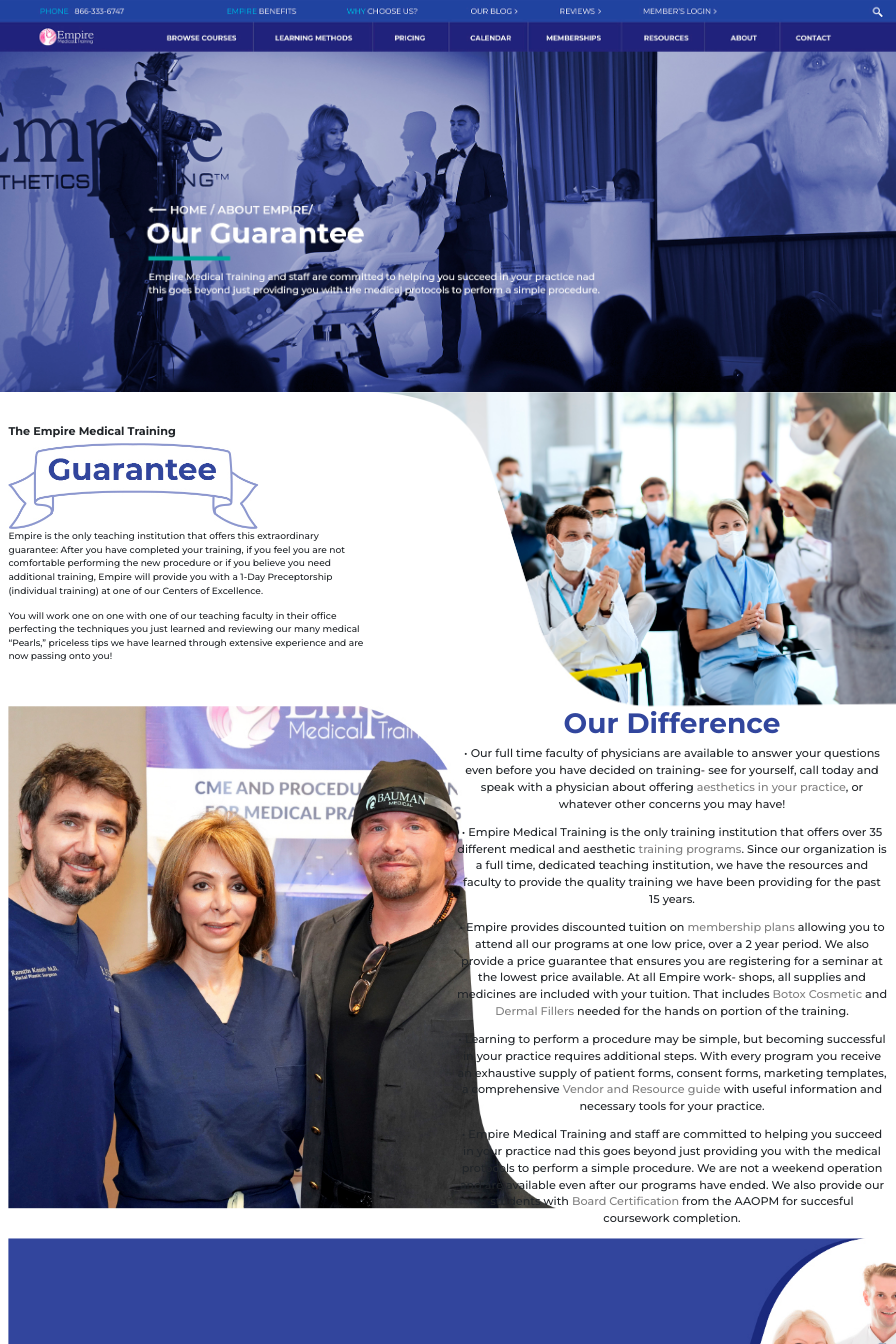
Repository: jorgi710/BODY-CONTOURING-INJECTABLES-AND-ADJUNCT-PROCEDURES
Page: our quarantee/file/src/index.html
The author's editor kept a copy of each file at every save. The page is drawn from the files as they stood at one save, then again after the next save.
The browser window is 1280 px wide. The pictures show the part of the page from y = 0 to 1920 px (the page is 6335 px tall), at 70% of full size.

Above is the page before, as saved 2021-04-06 05:41:08.

### our quarantee/file/src/index.html
<!DOCTYPE html>
<html lang="en">
  <head>
    <meta charset="UTF-8" />
    <meta http-equiv="X-UA-Compatible" content="IE=edge" />
    <meta name="viewport" content="width=device-width, initial-scale=1.0" />
    <title>Page_3</title>

    <link
      href="https://cdn.jsdelivr.net/npm/bootstrap@5.0.0-beta3/dist/css/bootstrap.min.css"
      rel="stylesheet"
      integrity="sha384-eOJMYsd53ii+scO/bJGFsiCZc+5NDVN2yr8+0RDqr0Ql0h+rP48ckxlpbzKgwra6"
      crossorigin="anonymous"
    />
    <link
      href="https://fonts.googleapis.com/css2?family=Montserrat:wght@400;500;600;700&display=swap"
      rel="stylesheet"
    />
    <link rel="stylesheet" href="../css/style.css" />
  </head>
  <body>
    <header>
      <div class="container-fluid m-0 p-0">
        <img
          src="../assets/header.jpg"
          alt="navbar"
          class="img-fluid m-0 p-0"
        />
      </div>
    </header>
    <main>
      <section class="section_1">
        <div class="container-fluid text-center">
          <div class="row sombras">
            <div class="col-sm-12 col-md-5 text-start align-content-center">
              <h1 class="bold">The Empire Medical Training</h1>
              <img src="../assets/logo_main.jpg" alt="logo" class="img-fluid" />
              <p class="medium">
                Empire is the only teaching institution that offers this
                extraordinary guarantee: After you have completed your training,
                if you feel you are not comfortable performing the new procedure
                or if you believe you need additional training, Empire will
                provide you with a 1-Day Preceptorship (individual training) at
                one of our Centers of Excellence.
              </p>
              <p class="medium">
                You will work one on one with one of our teaching faculty in
                their office perfecting the techniques you just learned and
                reviewing our many medical “Pearls,” priceless tips we have
                learned through extensive experience and are now passing onto
                you!
              </p>
            </div>
            <div class="col-md-7 justify-content-end p-0">
              <img
                src="../assets/section_1_1_web.jpg"
                alt=""
                class="d-none d-md-block img-fluid"
              />
              <img
                src="../assets/section_1_1_mobil.jpg"
                alt=""
                class="d-md-none img-fluid"
              />
            </div>
          </div>
          <div class="row">
            <div class="col-sm-12 col-md-6">
              <img
                src="../assets/section_1_2_web.jpg"
                alt="Our difference"
                class="d-none d-md-block"
              />
              <img
                src="../assets/section_1_2_mobil.jpg"
                alt=""
                class="d-md-none"
              />
            </div>
            <div class="col-md-6">
              <h1 class="bold azul">Our Difference</h1>
              <p class="medium">
                • Our full time faculty of physicians are available to answer
                your questions even before you have decided on training- see for
                yourself, call today and speak with a physician about offering
                <span class="claro">aesthetics in your practice</span>, or
                whatever other concerns you may have!
              </p>
              <p class="medium">
                • Empire Medical Training is the only training institution that
                offers over 35 different medical and aesthetic
                <span class="claro">training programs</span>. Since our
                organization is a full time, dedicated teaching institution, we
                have the resources and faculty to provide the quality training
                we have been providing for the past 15 years.
              </p>
              <p class="medium">
                • Empire provides discounted tuition on
                <span class="claro">membership plans</span>
                allowing you to attend all our programs at one low price, over a
                2 year period. We also provide a price guarantee that ensures
                you are registering for a seminar at the lowest price available.
                At all Empire work- shops, all supplies and medicines are
                included with your tuition. That includes
                <span class="claro">Botox Cosmetic</span> and
                <span class="claro">Dermal Fillers</span> needed for the hands
                on portion of the training.
              </p>
              <p class="medium">
                • Learning to perform a procedure may be simple, but becoming
                successful in your practice requires additional steps. With
                every program you receive an exhaustive supply of patient forms,
                consent forms, marketing templates, a comprehensive
                <span class="claro">Vendor and Resource guide</span> with useful
                information and necessary tools for your practice.
              </p>
              <p class="medium">
                • Empire Medical Training and staff are committed to helping you
                succeed in your practice nad this goes beyond just providing you
                with the medical protocols to perform a simple procedure. We are
                not a weekend operation and are available even after our
                programs have ended. We also provide our students with
                <span class="claro"> Board Certification</span> from the AAOPM
                for succesful coursework completion.
              </p>
            </div>
          </div>
        </div>
      </section>
      <section class="section_2">
        <div class="container-fluid">
          <img src="../assets/section_2.jpg" alt="Meet Our Trusted Faculty" />

          <div class="content">
            <h1>Meet Our Trusted Faculty</h1>
            <p>
              Empire Medical Training celebrates 15 years of success in training
              physicians and health care professionals. We believe our success
              is due, in part, to the extra things our organization and faculty
              provide for you.
            </p>
            <button class="btn btn-danger"><h3>Meet Faculty</h3></button>
          </div>
        </div>
      </section>
      <section class="section_3">
        <div>
          <h1 class="negro bold">
            <span class="azul">Background &</span> Achievements
          </h1>
          <p class="medium">
            Now a little about Empire Medical Training’s background and
            achievements: Why Empire is committed to excellence:
          </p>
          <p class="medium">
            Empire Medical Training celebrates our 22nd year of training and we
            remain the #1 medical training and certification CME Medical and
            Aesthetic workshops offered each year, Empire has trained over
            125,000 Physicians, Dentists, Nurses, and other Health Care
            Professionals. With countless
            <span class="claro">testimonials</span> from satisfied attendees, we
            stand behind our programs and provide a complete satisfaction
            guarantee. source worldwide.
          </p>
          <p class="medium">
            Empire has acquired a distinguished reputation in education and
            serves as a training facility for Allergan (Botox, Juvederm) and
            Medicis (Restylane), along with many of the largest Aesthetic Laser
            Manufacturers. In addition, Empire is proud to have been chosen by
            the Florida Dental Association (FDA) to train their member Dentists
            in Botox Cosmetic and other Aesthetic Procedures.
          </p>
          <p class="medium">
            At Empire, we believe our success is dependent on you receiving
            quality training and instruction. Empire Medical Training is a
            nationally recognized CME Training Institution for Physicians,
            Dentists, Nurses and other Health Care Professionals.
          </p>
        </div>
        <div class="row">
          <div class="col-sm-12 col-md-6">
            <p class="medium">
              In addition to training at resort hotels, Empire has pioneered the
              first <span class="claro">premier Medical Spa</span> in Fort
              Lauderdale, Florida where physicians can enjoy training on actual
              patients and receive classroom didactic presentations. This
              facility has been designed specifically for training purposes
              utilizing state of the art aesthetic lasers and medical spa
              equipment along with modern classroom facilities and training
              aids. All courses are conducted by Physicians and other
              Specialists in Aesthetics, Pain Management, Surgery, and Medicine.
              Not by less qualified Instructors.
            </p>
            <p class="medium">
              Empire has achieved an outstanding reputation through a
              distinguished faculty of Physician specialists. Your training will
              be conducted by Physicians and other Specialists in Aesthetics,
              Pain Management, Surgery, and Medicine. We believe it is important
              for attendees to be exposed to a faculty of instructors for a more
              complete understanding of the topic, rather than just 1 part time
              physician or nurse instructor like many training companies do.
              Beware of start up seminar companies who employ less qualified
              personnel for your training, or local doctors’ offices with
              impressive web sites looking to supplement their income by
              offering inferior or incomplete training as a side job.
            </p>
          </div>
          <div class="col-sm-12 col-md-6">
            <img
              src="../assets/section_3_web.jpg"
              alt="background achievements"
              class="d-none d-md-block"
            />
            <img
              src="../assets/section_3_mobil.jpg"
              alt="background achievements"
              class="d-md-none"
            />
          </div>
        </div>
      </section>
      <section class="section_4">
        <img src="../assets/section_4.jpg" alt="aesthetics starter kit" />
      </section>
      <section class="section_5">
        <div class="row">
          <div class="col-sm-12 col-md-6">
            <img
              src="../assets/section_5_web.jpg"
              alt="empire"
              class="d-none d-md-block"
            />
            <img
              src="../assets/section_5_mobile.jpg"
              alt="empire"
              class="d-md-none"
            />
          </div>
          <div class="col-md-6">
            <h1 class="bold">
              The Programs at Empire are Actually
              <span class="azul">Hands On</span>
            </h1>
            <p class="medium">
              Many seminar companies claim you will receive hands on training
              but they can not, or, are not qualified to provide this
              experience. During our Aesthetic Programs, Empire attendees will
              inject live patients with real, authentic products – not saline)
              and perform other procedures depending on the topic. During other
              esthetic training and our medical procedures’ training, attendees
              will work on
              <span class="claro">Cadavers from the Medical School</span>
              University lab along with volunteer patients and models.
            </p>
            <p class="medium">
              Empire works with a variety of the largest medical equipment
              manufacturers to help provide the training which requires
              equipment usage, i.e. Aesthetic Lasers and Supplies, Ultrasound, X
              Ray, etc. This variety is essential for attendees to gain a
              complete understanding of the technologies available rather than
              just a limited exposure. You will never see only 1 or 2 laser
              manufacturers at our programs. Beware of training institutions who
              have arrangements with only 1 or 2 vendors.
            </p>
          </div>
        </div>
        <p class="medium">
          Deciding on where you receive you training is an important decision
          and should be made carefully. Make sure your instructors are Physician
          Specialists in their field, i.e. Plastic Surgery and are part of a
          faculty of the institution. Simply reading some instructions is not
          enough, quality instruction means going beyond the technical details
          and into the <span class="claro">“pearls”</span> that make your
          patients happy and give you the reputation you want. Beware of less
          qualified personnel. Be sure the training institution is dedicated to
          training and not a part time doctors office/ seminar company. Make
          sure the programs are fully accredited by a medical academy and not
          “co sponsored” by another institution. Most importantly, beware of
          unrealistic promises and look for training that can and will provide
          Hands- On experience. There is no other effective way to learn
          procedural skills. Empire Medical Training is dedicated to your
          success and we encourage you to ask questions with whomever you decide
          to be trained by.
        </p>
      </section>
    </main>
    <footer>
      <img src="../assets/footer.jpg" alt="footer" class="img-fluid" />
    </footer>
  </body>
</html>

### our quarantee/file/css/style.css
@import url("https://fonts.googleapis.com/css2?family=Montserrat:wght@400;500;600;700&display=swap");
* {
  box-sizing: border-box;
  font-family: var(--fuente);
}
header,
section {
  overflow-x: hidden;
}
:root {
  --fuente: "Montserrat", cursive;
  --azul: #31469d;
  --clarito: #808080;
  --negro: #000000;
  --regular: 400;
  --medium: 500;
  --semi_bold: 600;
  --bold: 700;
}
.regular {
  font-weight: 400;
}
.medium {
  font-weight: 500;
}
.semi {
  font-weight: 600;
}
.bold {
  font-weight: 700;
}
.azul {
  color: #31469d;
}
.claro {
  color: #808080;
}
.negro {
  color: #000000;
}

.section_1 .row .col-md-5 {
  font-size: small;
  position: center;
}
.section_1 .row .col-md-5 h1 {
  font-size: medium;
}
.section_1 .row .col-md-5 img {
  width: 70%;
  position: center;
}

After the next save:
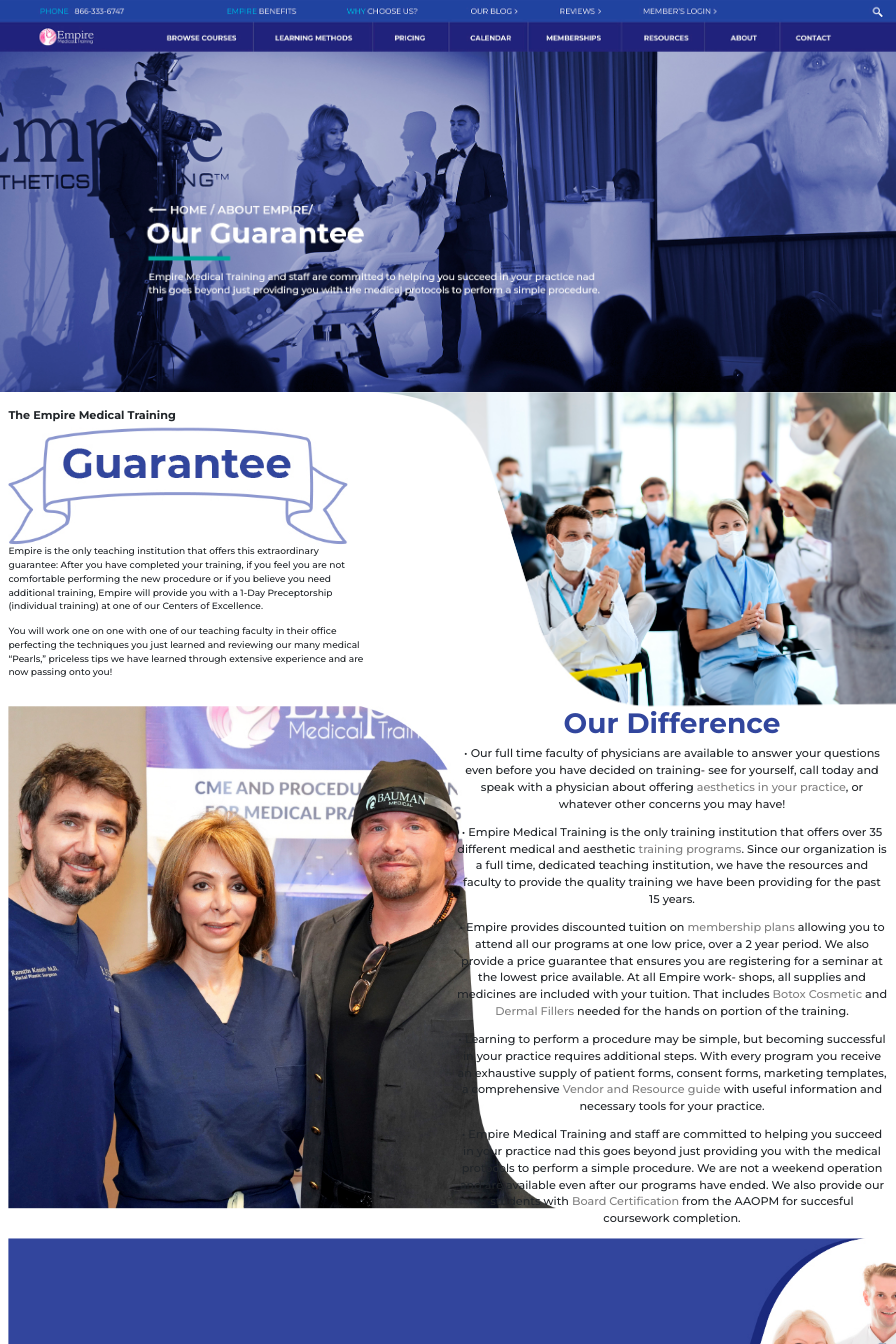
Saved 11 s later.
--- a/our quarantee/file/css/style.css
+++ b/our quarantee/file/css/style.css
@@ -46,7 +46,7 @@
 .section_1 .row .col-md-5 h1 {
   font-size: medium;
 }
-.section_1 .row .col-md-5 img {
+.section_1 .row .col-sm-5 img {
   width: 70%;
   position: center;
 }

After the save that followed:
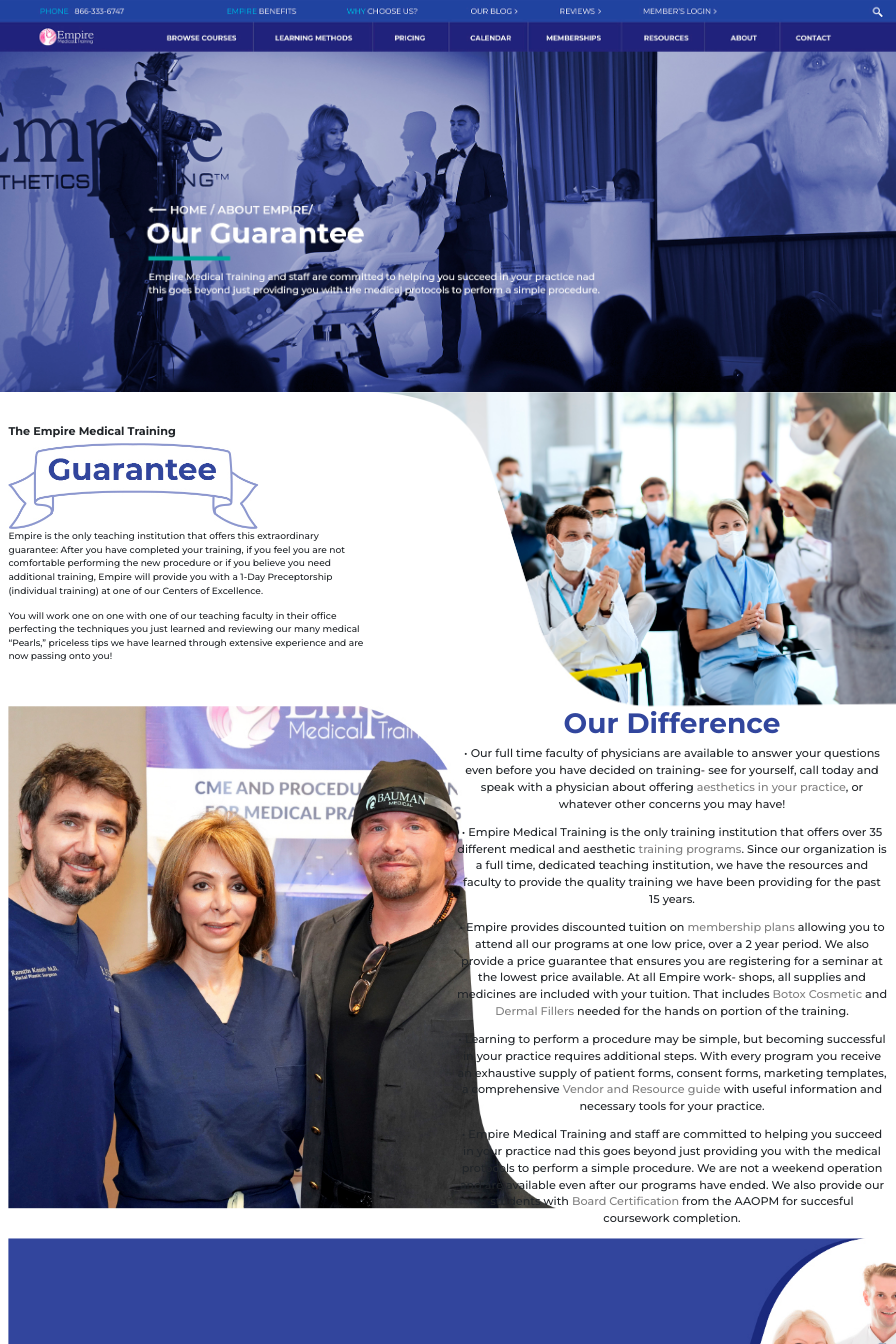
Saved 7 s later.
--- a/our quarantee/file/css/style.css
+++ b/our quarantee/file/css/style.css
@@ -46,7 +46,7 @@
 .section_1 .row .col-md-5 h1 {
   font-size: medium;
 }
-.section_1 .row .col-sm-5 img {
+.section_1 .row .col-md-5 img {
   width: 70%;
   position: center;
 }
